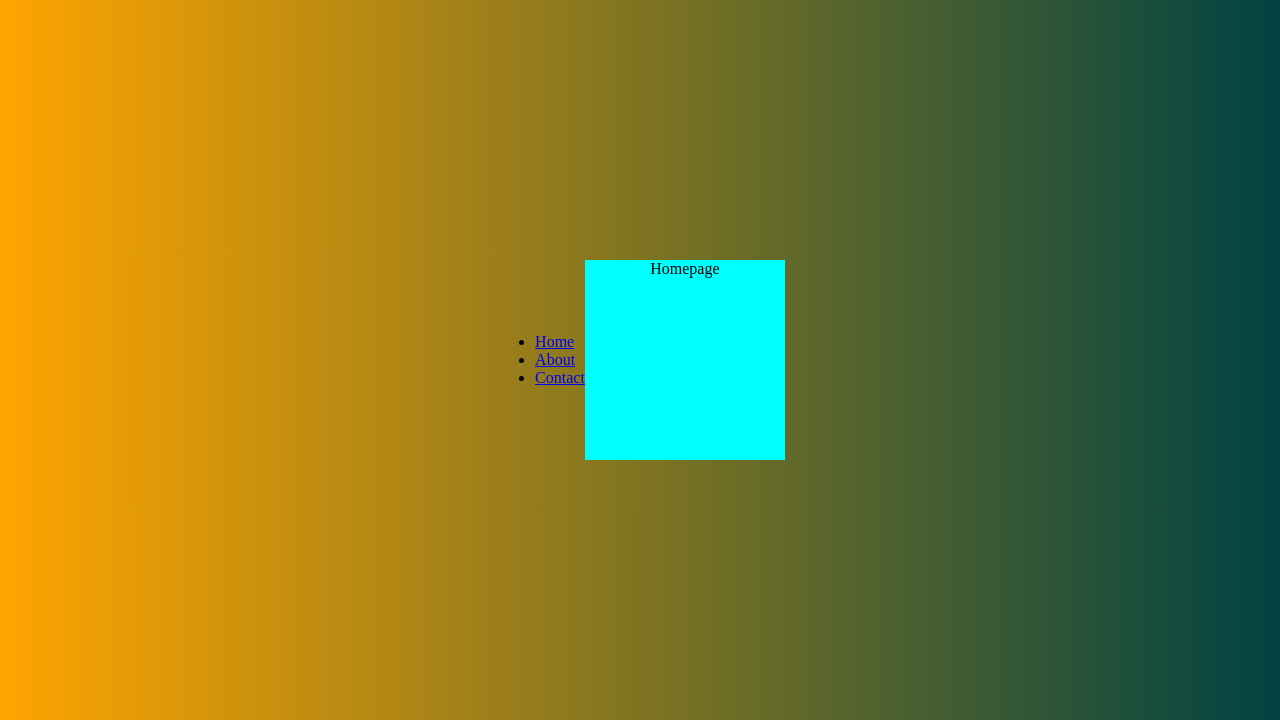
Repository: Alexandru-Morteanu/rodio
Page: /
An editor plug-in stored every save of this project. The page is shown before and after a run of saves, followed by the edit.
The browser window is 1280 px wide. The pictures show the whole page.
The project was rebuilt for these pictures with package versions that can differ from the ones it lists, and the page was loaded fresh each time. A package was used in the major version that the imports need, not the one package.json lists.

Above is the page before, as saved 2023-01-29 18:19:24.

### public/index.html
<!DOCTYPE html>
<html lang="en">
  <head>
    <meta charset="utf-8" />
    <meta name="viewport" content="width=device-width, initial-scale=1" />
    <meta name="theme-color" content="#000000" />

    <title>RODIO</title>
  </head>
  <body>
    <div id="root"></div>
  </body>
</html>

### src/index.css
body {
  background: linear-gradient(to right, orange, rgb(0, 67, 67));
  margin: 0;
  height: 100vh;
  display: flex;
  justify-content: center;
  align-items: center;
}

### src/App.js
import React from 'react';
import './App.css';
import Homepage from "./pages/Homepage.js";
import {
  BrowserRouter as Router,
  Switch,
  Route,
  Link
} from "react-router-dom";
function App() {
  return (
    <div className="App">
      <Router>
        <nav>
          <ul>
            <li>
              <Link to="/">Home</Link>
            </li>
            <li>
              <Link to="/about">About</Link>
            </li>
            <li>
              <Link to="/contact">Contact</Link>
            </li>
          </ul>
        </nav>
        <Switch>
          <Route exact path="/">
            <Homepage />
          </Route>
        </Switch>
    </Router>
    </div>
  );
}

export default App;

### src/App.css
.App{
  display: flex;
  justify-content: center;
  align-items: center;
}

### src/pages/Homepage.js
import React from 'react'
import "./Homepage.css"
function Homepage() {
  return (
    <div className='container'>Homepage</div>
  )
}

export default Homepage

### src/pages/Homepage.css
.container{
    height: 200px;
    width: 200px;
    background-color: aqua;
    text-align: center;
}

Loaded but not shown: src/index.js (common file)

After the next 2 saves:
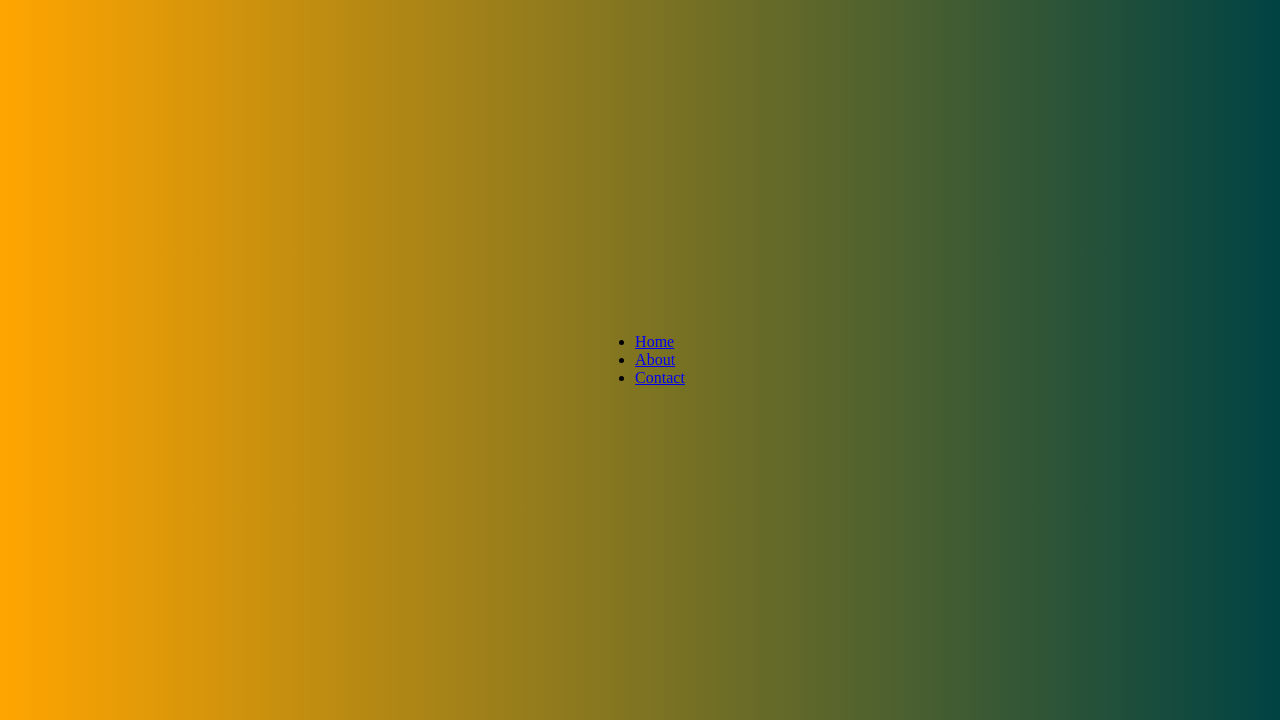
The 2 saves are shown as one change because 1 did not build or start.
The last was saved 7 min 1 s later.
--- a/src/App.js
+++ b/src/App.js
@@ -25,11 +25,11 @@
           </ul>
         </nav>
         <Switch>
-          <Route exact path="/">
-            <Homepage />
-          </Route>
+          <Route exact path="/" />
+          <Route path="/about" />
+          <Route path="/contact" />
         </Switch>
-    </Router>
+      </Router>
     </div>
   );
 }

After the 6 saves that followed:
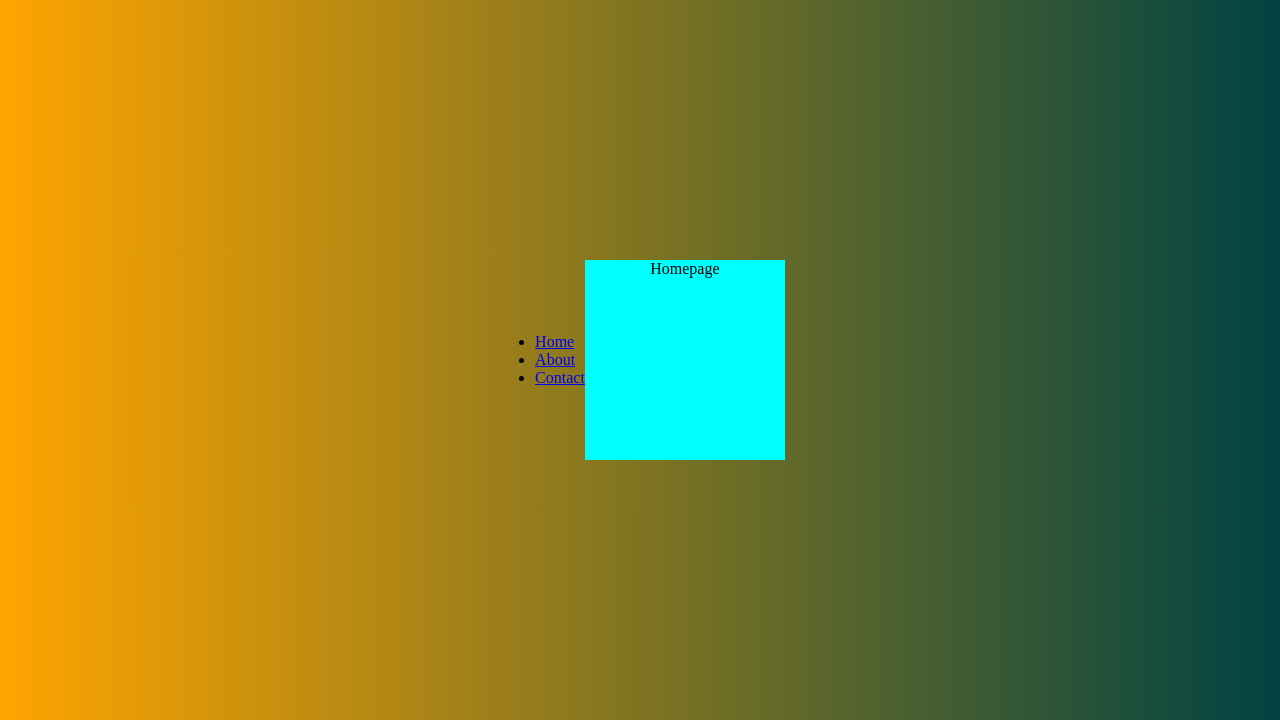
The 6 saves are shown as one change because 1 did not build or start and 4 left the picture as it was.
The last was saved 6 min 31 s later.
--- a/src/App.js
+++ b/src/App.js
@@ -3,7 +3,7 @@
 import Homepage from "./pages/Homepage.js";
 import {
   BrowserRouter as Router,
-  Switch,
+  Routes,
   Route,
   Link
 } from "react-router-dom";
@@ -24,11 +24,9 @@
             </li>
           </ul>
         </nav>
-        <Switch>
-          <Route exact path="/" />
-          <Route path="/about" />
-          <Route path="/contact" />
-        </Switch>
+        <Routes>
+          <Route exact path="/" element={<Homepage />} />
+        </Routes>
       </Router>
     </div>
   );
